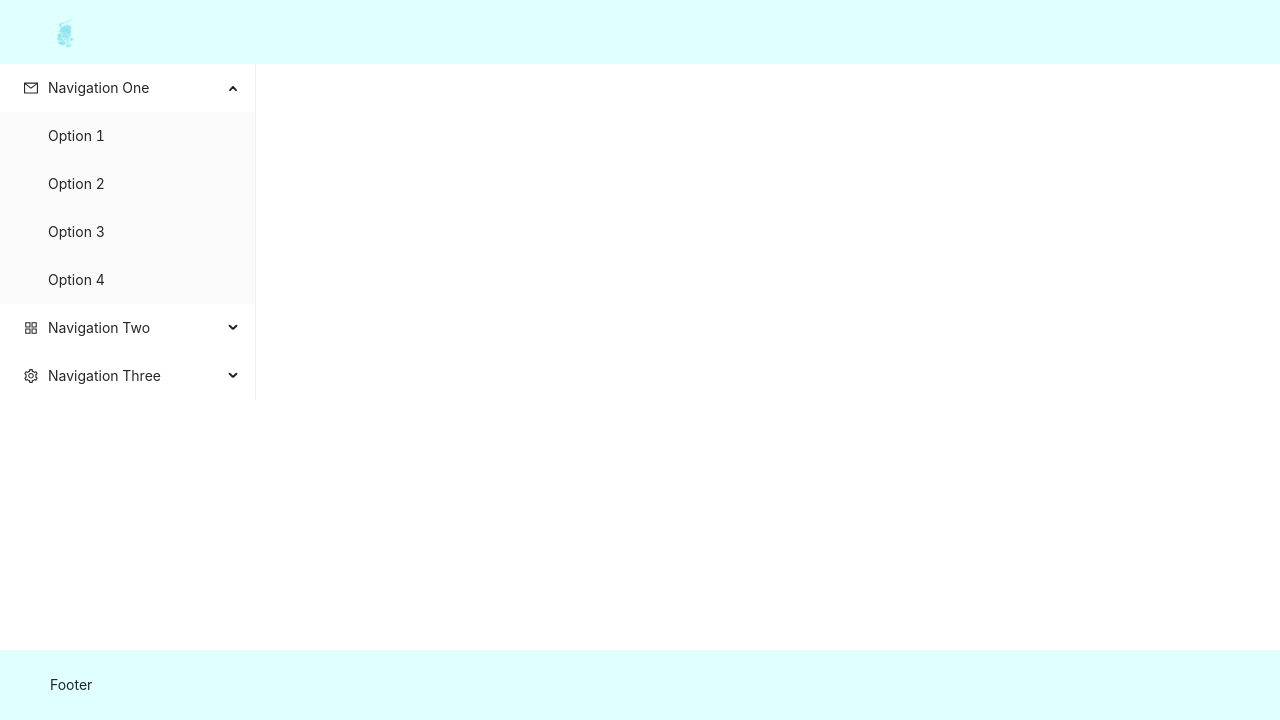
Repository: fangxueliang/react-redux-
Page: /
An editor plug-in stored every save of this project. The page is shown before and after the next save, followed by the edit.
The browser window is 1280 px wide. The pictures show the whole page.
The project was rebuilt for these pictures with package versions that can differ from the ones it lists, and the page was loaded fresh each time.

Above is the page before, as saved 2020-12-29 18:29:16.

After the next save:
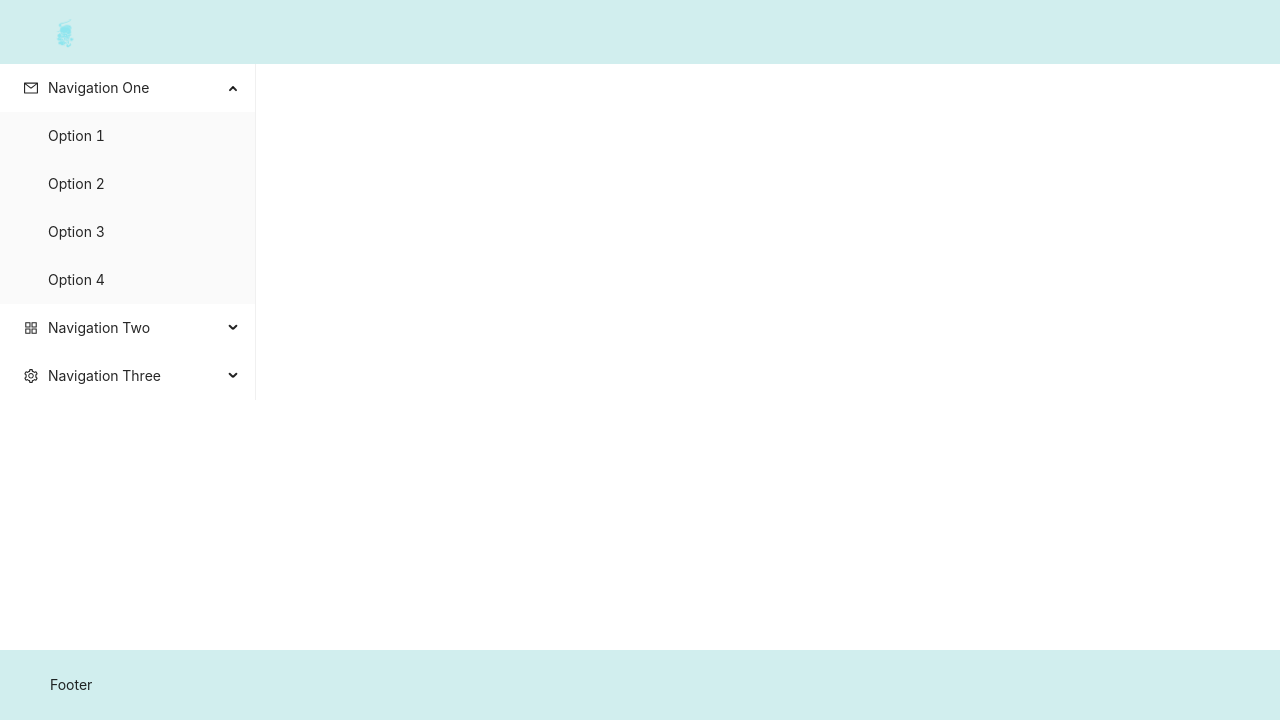
Saved 18 s later.
--- a/src/Common/CSS/layout.css
+++ b/src/Common/CSS/layout.css
@@ -1,13 +1,13 @@
 /* 布局样式  */
 .Home_layout .ant-layout-header {
-    background: #E0FFFF;
+    background: #D1EEEE;
 }
 
 .Home_layout .ant-layout-footer {
     position: fixed;
     bottom: 0;
     width: 100%;
-    background: #E0FFFF;
+    background: #D1EEEE;
 }
 
 .Home_layout .ant-layout-content {
